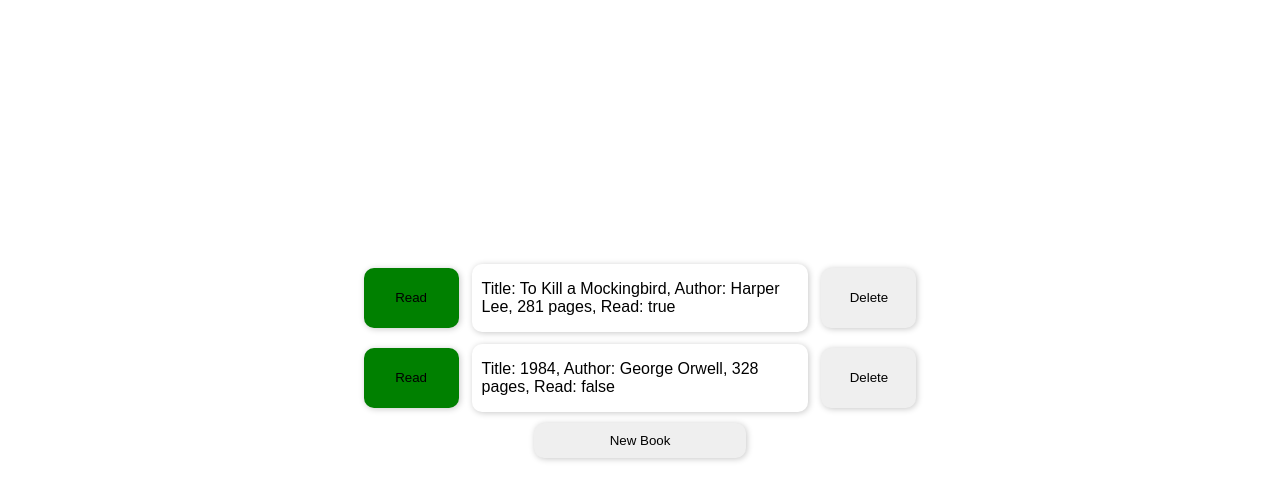
Repository: kocokoy/library
Page: index.html
These files come from the project's save history. The page is drawn as it stood at one moment and after the next save; the edit follows.
The browser window is 1280 px wide. The pictures show the whole page.

Above is the page before, as saved 2024-11-06 14:12:39.

After the next save:
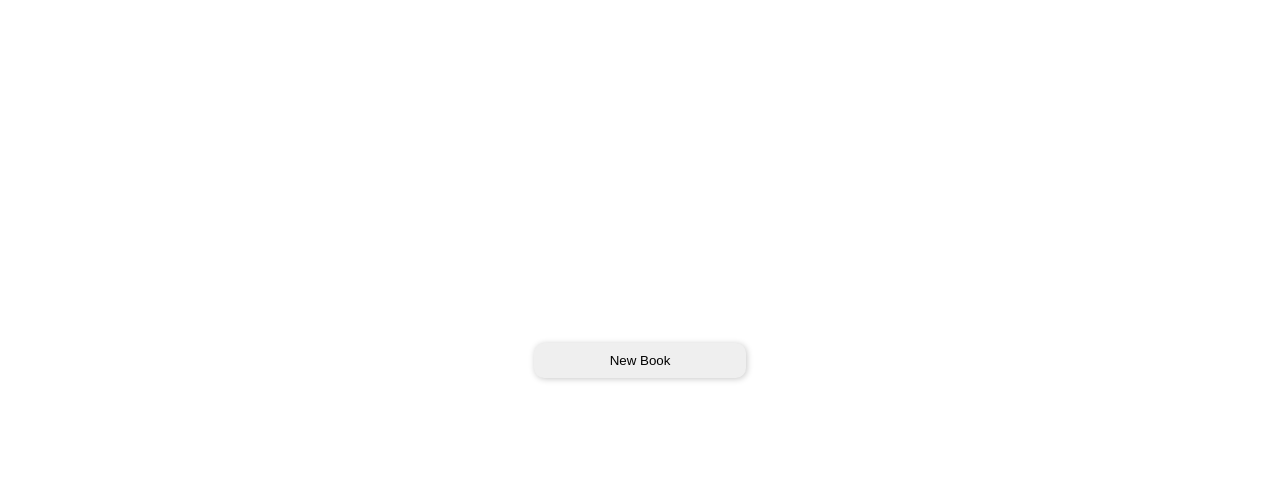
Console error: SyntaxError: Unexpected token '}'
Saved 50 s later.
--- a/script.js
+++ b/script.js
@@ -65,6 +65,10 @@
     `
     div.ins
     bookDisplayElement.appendChild(div);
+    const readButtonElement = document.querySelector('.jsReadButton');
+    if(book.read){
+      class
+    }
 
   })
   deleteButtonClicked();

After the save that followed:
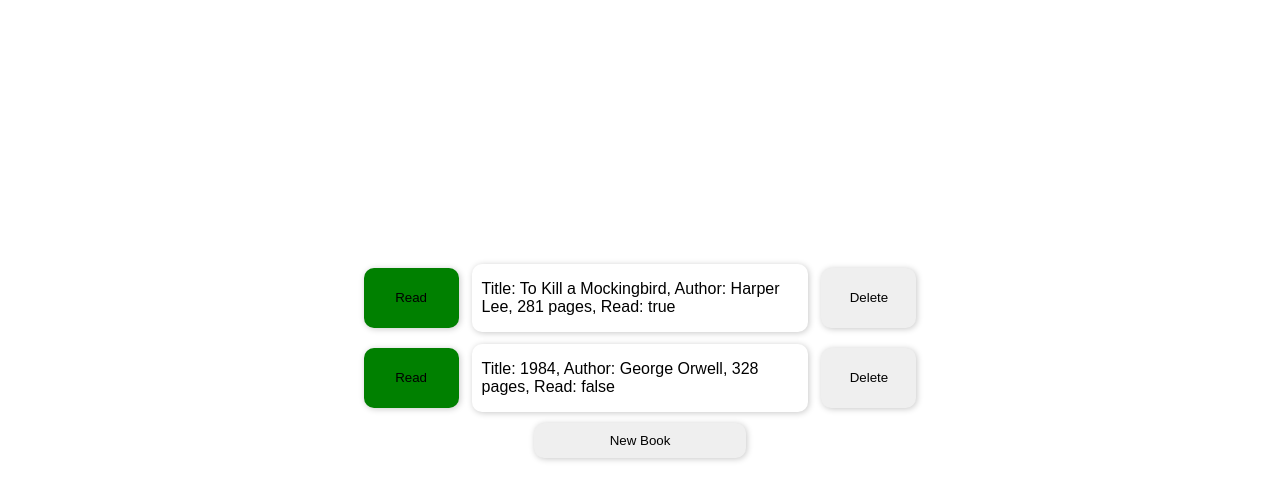
The error is gone.
Saved 9 s later.
--- a/script.js
+++ b/script.js
@@ -67,7 +67,7 @@
     bookDisplayElement.appendChild(div);
     const readButtonElement = document.querySelector('.jsReadButton');
     if(book.read){
-      class
+      readButtonElement
     }
 
   })
